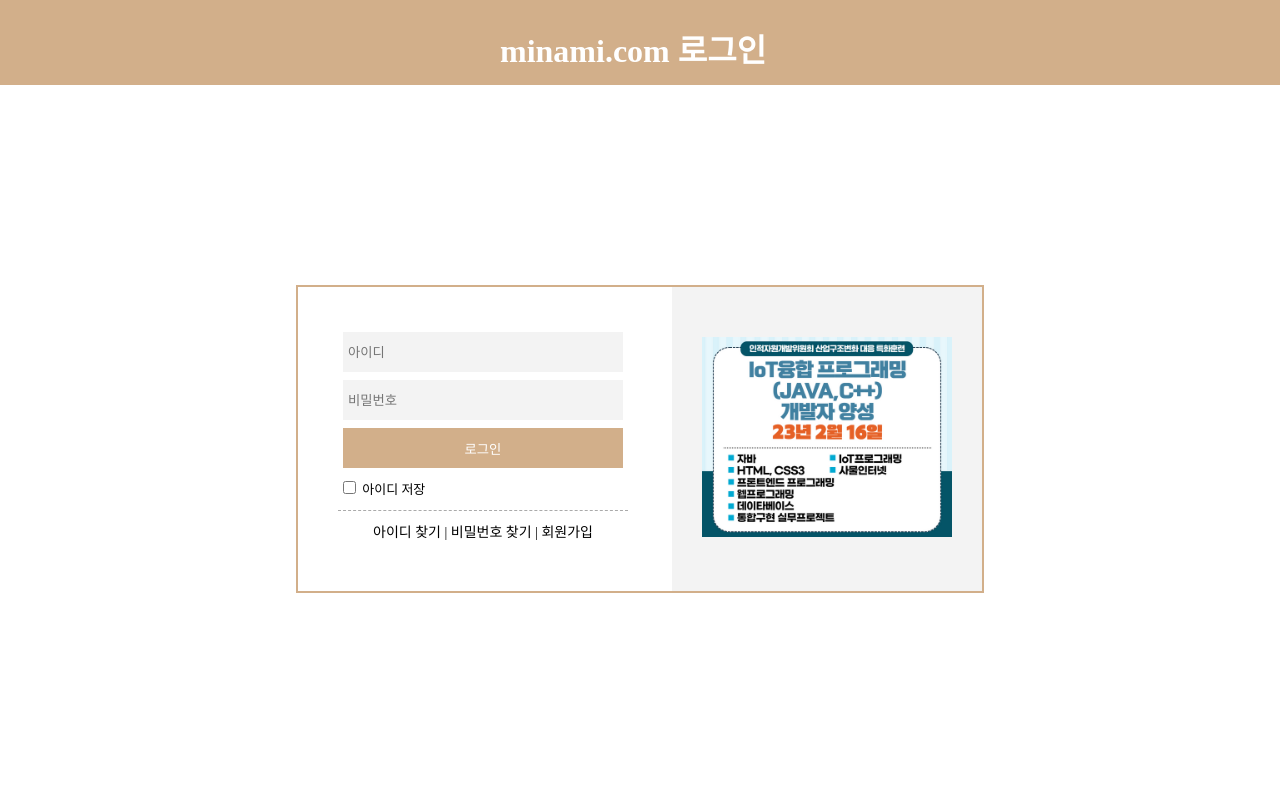
Repository: Minami0717/JSP_Study
Page: http://localhost/JSP_Gall/jsp/loginForm.jsp
The author's editor kept a copy of each file at every save. The page is drawn from the files as they stood at one save, then again after the next save.
The browser window is 1280 px wide. The pictures show the whole page.
The page is served by Tomcat 9. Other server files are loaded and not shown.

Above is the page before, as saved 2023-02-15 07:07:09.

### JSP_Gall/src/main/webapp/jsp/loginForm.jsp
<%@ page language="java" contentType="text/html; charset=UTF-8"
    pageEncoding="UTF-8"%>
<!DOCTYPE html>
<%
	String url = request.getParameter("url");
%>
<html>
<head>
<meta charset="UTF-8">
<title>Insert title here</title>
<style>
	* {margin: 0; padding: 0;}
	header {background: #d2af8a; height: 85px;}
	header a {color: white;}
	header a:hover {text-decoration: none;}
	h1 {position: absolute; top: 25px; left: 500px; width: 500px;}
	div[align=center] {display: inline-block; border: 2px solid #d2af8a; margin: 200px auto; font-size: 13px; width: 684px;}
	div[align=center] > div {float: right; background: #f3f3f3; padding: 50px 30px;}
	form {float: left; padding: 40px;}
	form div {border-top: 1px dashed #aaa; padding: 10px 0; font-size: 14px;}
	body {text-align: center;}
	input {margin: 3px;}
	.input {width: 270px; height: 40px; background: #f3f3f3; border: none; padding: 0 5px;}
	#login {width: 280px; height: 40px; background-color: #d2af8a;
	color: white; border: none; cursor: pointer;}
	.button {height: 30px;}
	a {text-decoration: none; color: black;}
	a:hover {text-decoration: underline;}
	img {width: 250px;}
	table tr:last-child td {padding: 5px 0 10px;}
</style>
</head>
<body>
	<header>
		<h1 align=left><a href=main.jsp>minami.com</a> <a href=>로그인</a></h1>
	</header>
	<div align=center>
		<form action="checkID.jsp?url=<%= url %>" method=post>
			<table>
				<tr>
					<td><input type=text placeholder="아이디" class=input name=code></td>
				</tr>
				<tr>
					<td><input type=password placeholder="비밀번호" class=input name=pw></td>
				</tr>
				<tr>
					<td><input type=submit value=로그인 id=login></td>
				</tr>
				<tr>
					<td><input type="checkbox"> 아이디 저장</td>
				</tr>
			</table>
			<div>
				<a href=#>아이디 찾기</a> | <a href=#>비밀번호 찾기</a> | <a href=joinForm.jsp>회원가입</a>
			</div>
		</form>
		<div>
			<a href=http://www.kcd.or.kr><img src=image/banner1.png></a>
		</div>
	</div>
</body>
</html>

After the next save:
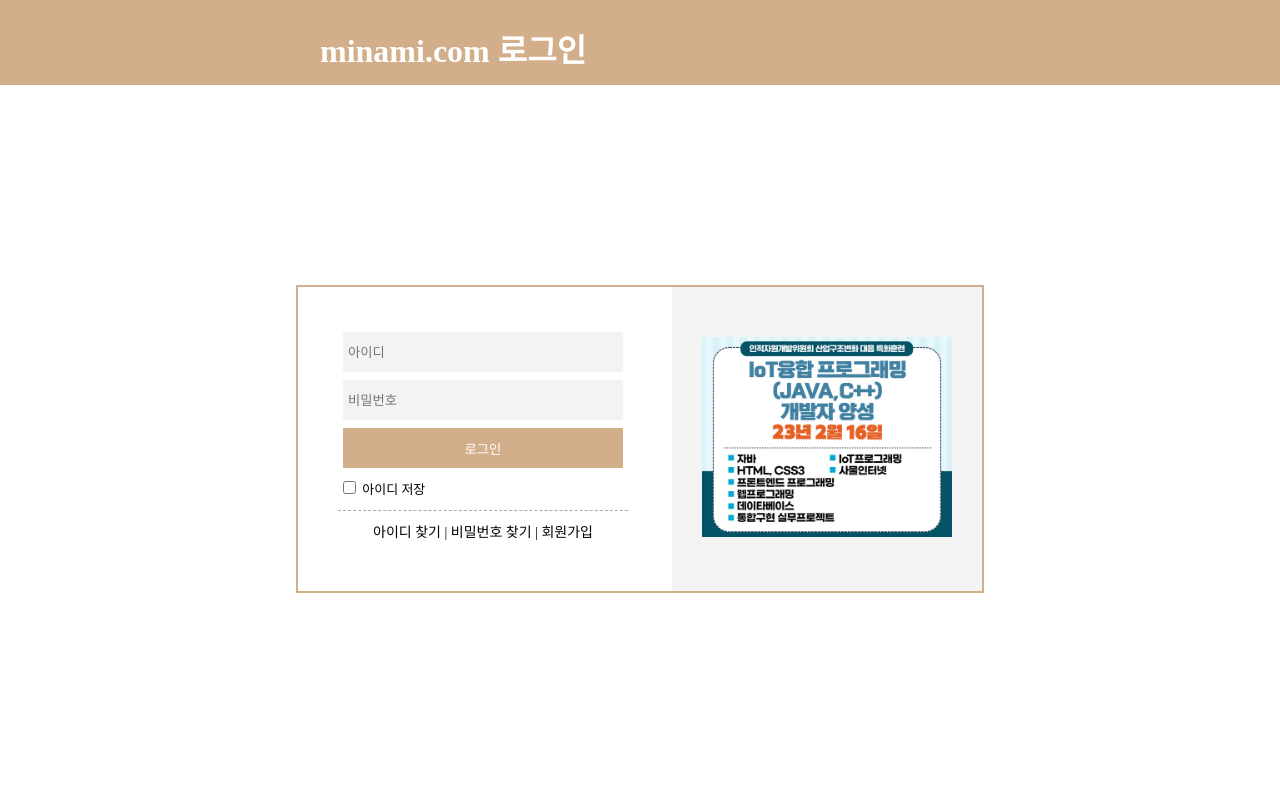
Saved 38 s later.
--- a/JSP_Gall/src/main/webapp/jsp/loginForm.jsp
+++ b/JSP_Gall/src/main/webapp/jsp/loginForm.jsp
@@ -13,7 +13,7 @@
 	header {background: #d2af8a; height: 85px;}
 	header a {color: white;}
 	header a:hover {text-decoration: none;}
-	h1 {position: absolute; top: 25px; left: 500px; width: 500px;}
+	h1 {position: absolute; top: 25px; left: 25%; width: 500px;}
 	div[align=center] {display: inline-block; border: 2px solid #d2af8a; margin: 200px auto; font-size: 13px; width: 684px;}
 	div[align=center] > div {float: right; background: #f3f3f3; padding: 50px 30px;}
 	form {float: left; padding: 40px;}
